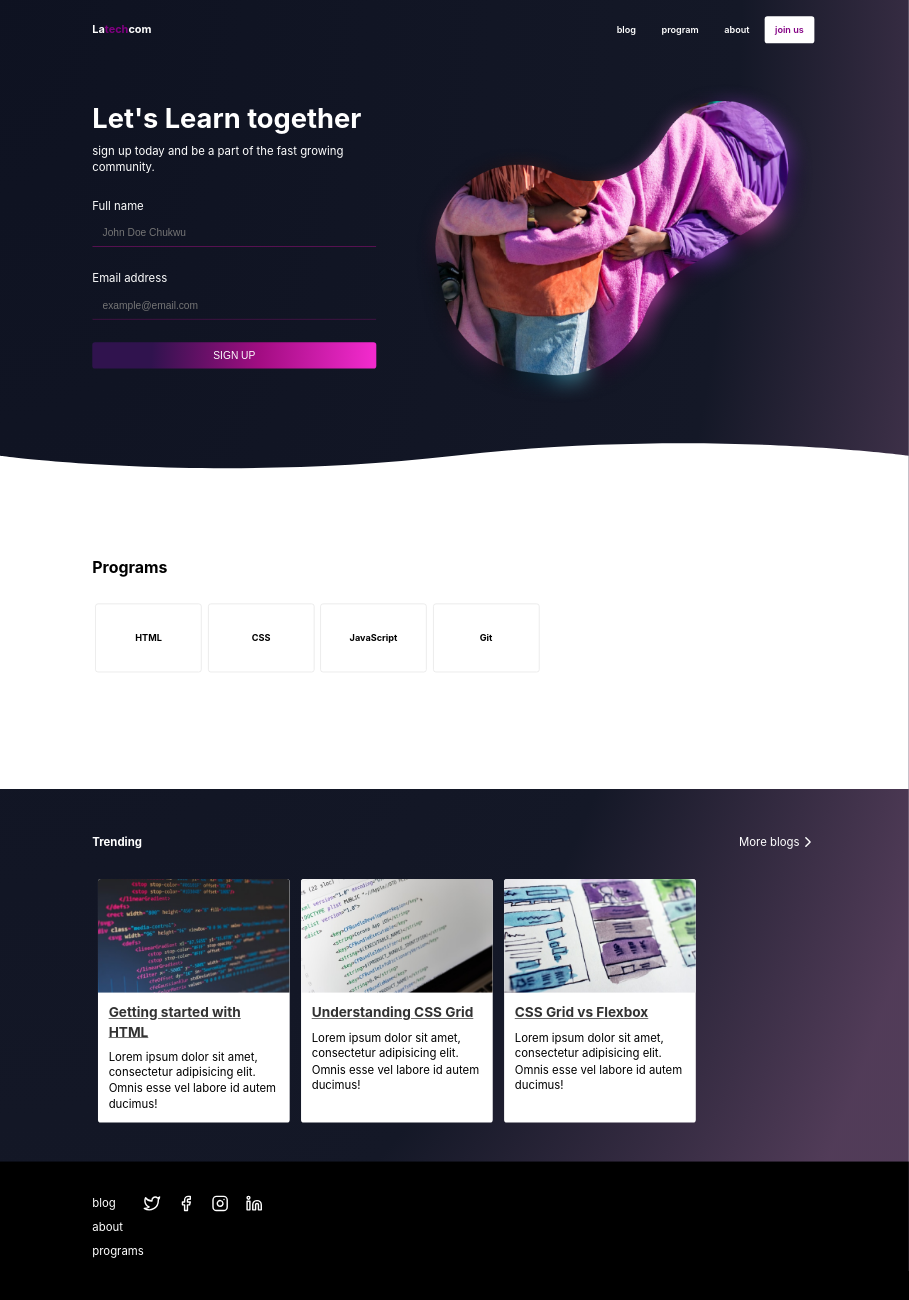
Repository: giprim/community
Page: /
The author's editor kept a copy of each file at every save. The page is drawn from the files as they stood at one save, then again after the next save.
The browser window is 1280 px wide. The pictures show the whole page, at 71% of full size.
The project was rebuilt for these pictures with package versions that can differ from the ones it lists, and the page was loaded fresh each time. Also part of the build but not shown: src/App.css.

Above is the page before, as saved 2020-10-25 23:29:00.

After the next save:
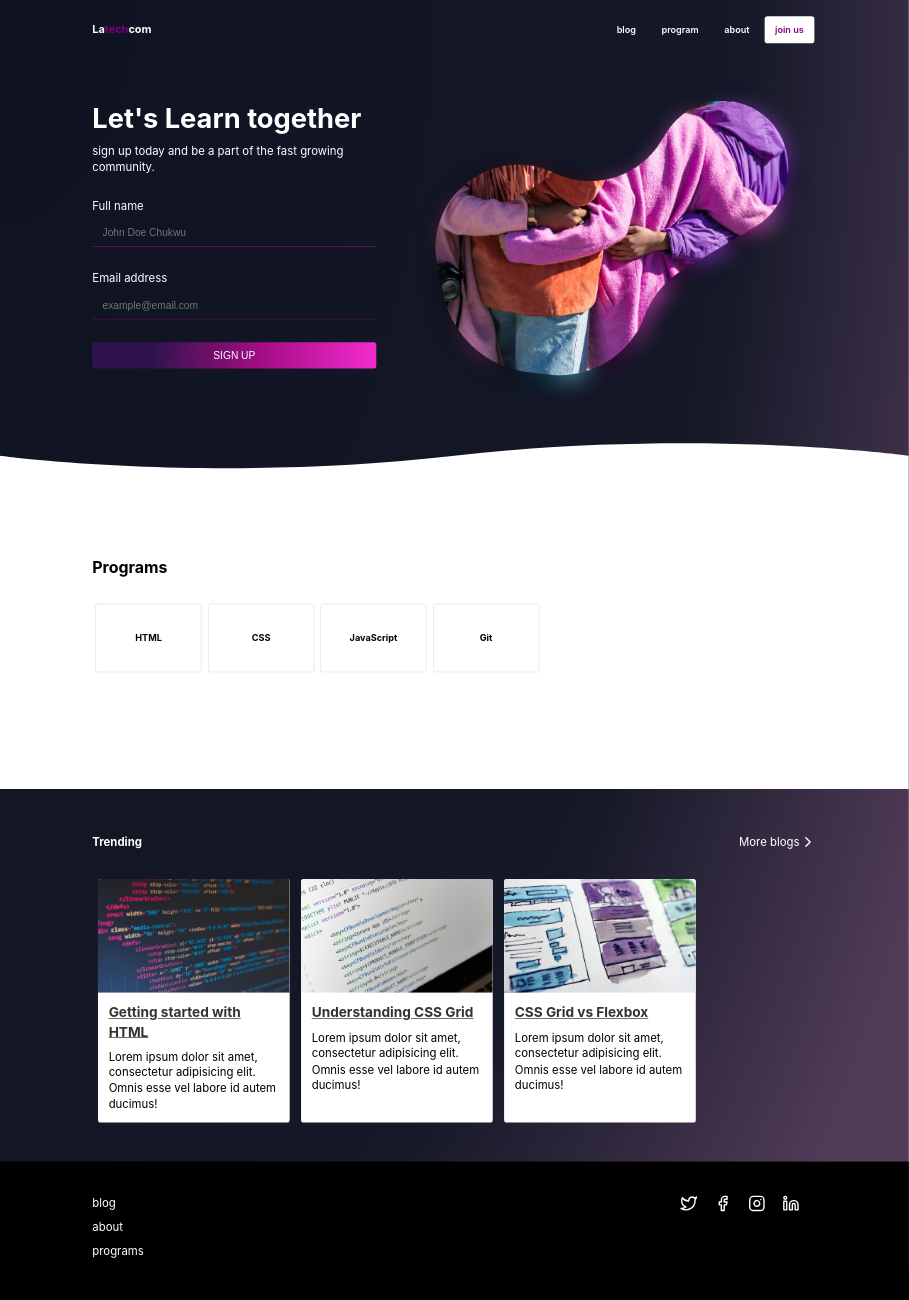
Saved 5 s later.
--- a/src/components/Footer.tsx
+++ b/src/components/Footer.tsx
@@ -45,7 +45,7 @@ const StyledFooter = styled('div')`
 
 .flex{
     display: flex;
-    justify-content: space-space-between;
+    justify-content: space-between;
 }
   ul {
     list-style: none;
